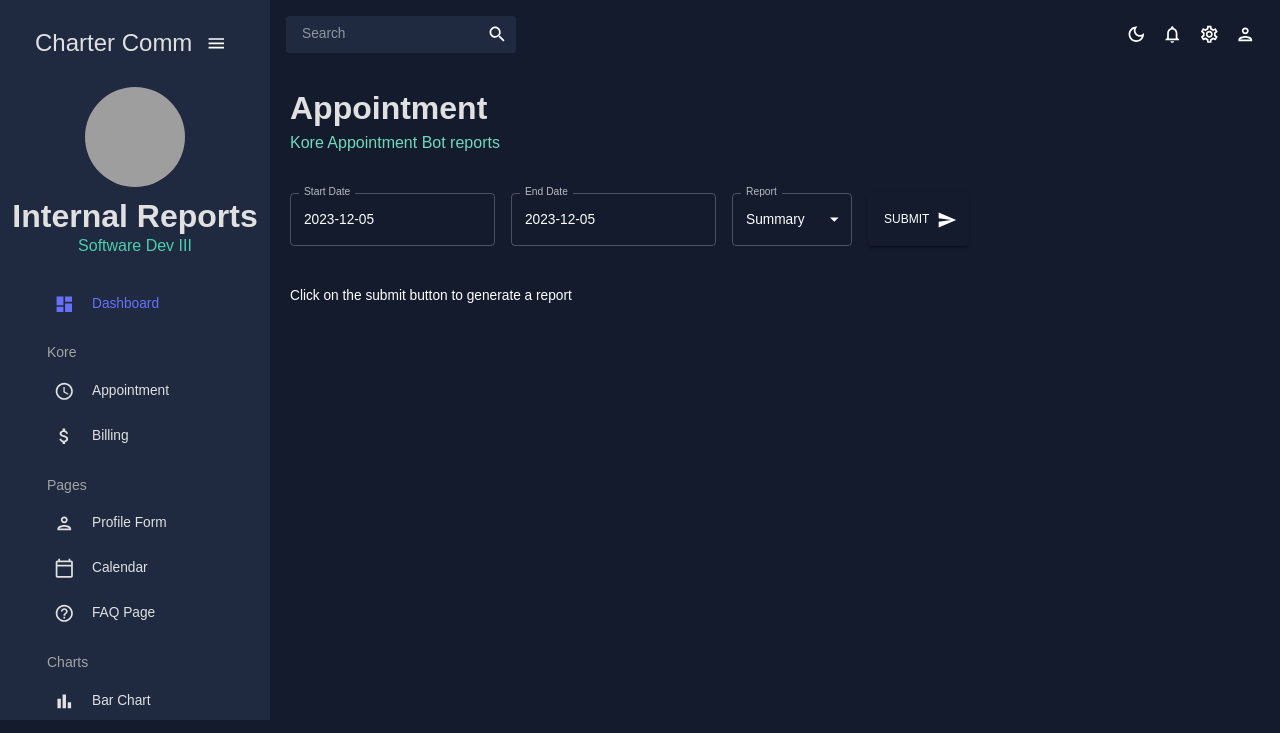
Repository: HenrryWith2Rs/reporthub
Page: /kore/appt (app in ui/)
An editor plug-in stored every save of this project. The page is shown before and after the next save, followed by the edit.
The browser window is 1280 px wide. The pictures show the whole page.
Pictures or frames that could not be fetched are drawn as grey boxes. The project was rebuilt for these pictures with package versions that can differ from the ones it lists, and the page was loaded fresh each time. Also part of the build but not shown: ui/vite.config.ts, ui/src/data/mockData.ts, ui/src/components/LineChart.tsx, ui/src/data/mockGeoFeatures.ts, ui/src/components/GeographyChart.tsx, ui/src/data/dataParser.ts, ui/src/components/BarChart.tsx, ui/src/components/ProgressCircle.tsx and 7 more.

Above is the page before, as saved 2023-12-07 07:26:05.

### ui/src/main.tsx
import React from 'react';
import ReactDOM from 'react-dom/client';
import { BrowserRouter } from 'react-router-dom';
import App from './App.tsx';
import './index.css';
import { LocalizationProvider } from '@mui/x-date-pickers';
import { AdapterDateFns } from '@mui/x-date-pickers/AdapterDateFns';
import { QueryClient, QueryClientProvider } from '@tanstack/react-query';
// import {ReactQueryDevtools} from "@tanstack/react-query-devtools"

const queryClient = new QueryClient();

ReactDOM.createRoot(document.getElementById('root')!).render(
  <React.StrictMode>
    <LocalizationProvider dateAdapter={AdapterDateFns}>
      <BrowserRouter>
        <QueryClientProvider client={queryClient}>
          <App />
        </QueryClientProvider>
      </BrowserRouter>
    </LocalizationProvider>
  </React.StrictMode>
);

### ui/src/App.tsx
import { Routes, Route } from 'react-router-dom';
import ThemeRegistry from './ThemeRegistry/ThemeRegistry';
import Topbar from './scenes/global/Topbar';
import Sidebar from './scenes/global/Sidebar';
import Dashboard from './scenes/dashboard';
import Appointment from './scenes/appointment';
import Bar from './scenes/bar';
import Pie from './scenes/pie';
import Line from './scenes/line';
import Geography from './scenes/geography';

function App() {
  return (
    <ThemeRegistry>
      <div className="app">
        <Sidebar />
        <main className="content">
          <Topbar />
          <Routes>
            <Route path="/" element={<Dashboard />} />
            <Route path="/kore/appt" element={<Appointment />} />
            <Route path="/bar" element={<Bar />} />
            <Route path="/pie" element={<Pie />} />
            <Route path="/line" element={<Line />} />
            <Route path="/geography" element={<Geography />} />
          </Routes>
        </main>
      </div>
    </ThemeRegistry>
  );
}

export default App;

### ui/src/index.css
@import url('https://fonts.googleapis.com/css2?family=Poppins:wght@300;400;500;600&family=Source+Code+Pro:wght@400;600;700&display=swap');

html,
body,
#root,
.app,
.content {
  height: 100%;
  width: 100%;
  font-family: 'Source Sans Pro', sans-serif;
}

.app {
  display: flex;
  position: relative;
}

::-webkit-scrollbar {
  width: 10px;
}

/* Track */
::-webkit-scrollbar-track {
  background: #e0e0e0;
}

/* Handle */
::-webkit-scrollbar-thumb {
  background: #888;
}

/* Handle on hover */
::-webkit-scrollbar-thumb:hover {
  background: #555;
}

### ui/src/ThemeRegistry/ThemeRegistry.tsx
import { ThemeProvider, CssBaseline } from '@mui/material';
import { ColorModeContext, useMode } from './theme';

export default function ThemeRegistry({
  children,
}: {
  children: React.ReactNode;
}) {
  const [theme, colorMode] = useMode();
  return (
    <ColorModeContext.Provider value={colorMode}>
      <ThemeProvider theme={theme}>
        {/* CssBaseline kickstart an elegant, consistent, and simple baseline to build upon. */}
        <CssBaseline />
        {children}
      </ThemeProvider>
    </ColorModeContext.Provider>
  );
}

### ui/src/scenes/global/Topbar.tsx
import { Box, IconButton, useTheme } from '@mui/material';
import { useContext } from 'react';
import { ColorModeContext, tokens } from '../../ThemeRegistry/theme';
import InputBase from '@mui/material/InputBase';
import LightModeOutlinedIcon from '@mui/icons-material/LightModeOutlined';
import DarkModeOutlinedIcon from '@mui/icons-material/DarkModeOutlined';
import NotificationsOutlinedIcon from '@mui/icons-material/NotificationsOutlined';
import SettingsOutlinedIcon from '@mui/icons-material/SettingsOutlined';
import PersonOutlinedIcon from '@mui/icons-material/PersonOutlined';
import SearchIcon from '@mui/icons-material/Search';

const Topbar = () => {
  const theme = useTheme();
  const colors = tokens(theme.palette.mode);
  const colorMode = useContext(ColorModeContext);

  return (
    <Box display="flex" justifyContent="space-between" p={2}>
      {/* SEARCH BAR */}
      <Box
        sx={{
          display: 'flex',
          backgroundColor: colors.primary[400],
          borderRadius: '3px',
        }}
      >
        <InputBase sx={{ ml: 2, flex: 1 }} placeholder="Search" />
        <IconButton type="button" sx={{ p: 1 }}>
          <SearchIcon />
        </IconButton>
      </Box>

      {/* ICONS */}
      <Box display="flex">
        <IconButton onClick={colorMode.toggleColorMode}>
          {theme.palette.mode === 'dark' ? (
            <DarkModeOutlinedIcon />
          ) : (
            <LightModeOutlinedIcon />
          )}
        </IconButton>
        <IconButton>
          <NotificationsOutlinedIcon />
        </IconButton>
        <IconButton>
          <SettingsOutlinedIcon />
        </IconButton>
        <IconButton>
          <PersonOutlinedIcon />
        </IconButton>
      </Box>
    </Box>
  );
};

export default Topbar;

### ui/src/scenes/global/Sidebar.tsx
import { useState } from 'react';
import { ProSidebar, Menu, MenuItem } from 'react-pro-sidebar';
import { Box, IconButton, Typography, useTheme } from '@mui/material';
import { Link } from 'react-router-dom';
import 'react-pro-sidebar/dist/css/styles.css';
import { tokens } from '../../ThemeRegistry/theme';
import DashboardIcon from '@mui/icons-material/Dashboard';
import AccessTimeIcon from '@mui/icons-material/AccessTime';
import AttachMoneyIcon from '@mui/icons-material/AttachMoney';

import PersonOutlinedIcon from '@mui/icons-material/PersonOutlined';
import CalendarTodayOutlinedIcon from '@mui/icons-material/CalendarTodayOutlined';
import HelpOutlineOutlinedIcon from '@mui/icons-material/HelpOutlineOutlined';
import BarChartOutlinedIcon from '@mui/icons-material/BarChartOutlined';
import PieChartOutlineOutlinedIcon from '@mui/icons-material/PieChartOutlineOutlined';
import TimelineOutlinedIcon from '@mui/icons-material/TimelineOutlined';
import MenuOutlinedIcon from '@mui/icons-material/MenuOutlined';
import MapOutlinedIcon from '@mui/icons-material/MapOutlined';

type ItemProps = {
  title: string;
  to: string;
  icon: JSX.Element;
  selected: string;
  setSelected: React.Dispatch<React.SetStateAction<string>>;
};

const Item: React.FC<ItemProps> = ({
  title,
  to,
  icon,
  selected,
  setSelected,
}) => {
  const theme = useTheme();
  const colors = tokens(theme.palette.mode);
  return (
    <MenuItem
      active={selected === title}
      style={{
        color: colors.grey[100],
      }}
      onClick={() => setSelected(title)}
      icon={icon}
    >
      <Typography>{title}</Typography>
      <Link to={to} />
    </MenuItem>
  );
};

const Sidebar = () => {
  const theme = useTheme();
  const colors = tokens(theme.palette.mode);
  const [isCollapsed, setIsCollapsed] = useState(false);
  const [selected, setSelected] = useState('Dashboard');

  return (
    <Box
      sx={{
        '& .pro-sidebar-inner': {
          background: `${colors.primary[400]} !important`,
        },
        '& .pro-icon-wrapper': {
          backgroundColor: 'transparent !important',
        },
        '& .pro-inner-item': {
          padding: '5px 35px 5px 20px !important',
        },
        '& .pro-inner-item:hover': {
          color: '#868dfb !important',
        },
        '& .pro-menu-item.active': {
          color: '#6870fa !important',
        },
      }}
    >
      <ProSidebar collapsed={isCollapsed}>
        <Menu iconShape="square">
          {/* LOGO AND MENU ICON */}
          <MenuItem
            onClick={() => setIsCollapsed(!isCollapsed)}
            icon={isCollapsed ? <MenuOutlinedIcon /> : undefined}
            style={{
              margin: '10px 0 20px 0',
              color: colors.grey[100],
            }}
          >
            {!isCollapsed && (
              <Box
                display="flex"
                justifyContent="space-between"
                alignItems="center"
                ml="15px"
              >
                <Typography variant="h3" color={colors.grey[100]}>
                  Charter Comm
                </Typography>
                <IconButton onClick={() => setIsCollapsed(!isCollapsed)}>
                  <MenuOutlinedIcon />
                </IconButton>
              </Box>
            )}
          </MenuItem>

          {!isCollapsed && (
            <Box mb="25px">
              <Box display="flex" justifyContent="center" alignItems="center">
                <img
                  alt="profile-user"
                  width="100px"
                  height="100px"
                  src={`../../assets/me.png`}
                  style={{ cursor: 'pointer', borderRadius: '50%' }}
                />
              </Box>
              <Box textAlign="center">
                <Typography
                  variant="h2"
                  color={colors.grey[100]}
                  fontWeight="bold"
                  sx={{ m: '10px 0 0 0' }}
                >
                  Internal Reports
                </Typography>
                <Typography variant="h5" color={colors.greenAccent[500]}>
                  Software Dev III
                </Typography>
              </Box>
            </Box>
          )}

          <Box paddingLeft={isCollapsed ? undefined : '10%'}>
            <Item
              title="Dashboard"
              to="/"
              icon={<DashboardIcon />}
              selected={selected}
              setSelected={setSelected}
            />

            <Typography
              variant="h6"
              color={colors.grey[300]}
              sx={{ m: '15px 0 5px 20px' }}
            >
              Kore
            </Typography>
            <Item
              title="Appointment"
              to="/kore/appt"
              icon={<AccessTimeIcon />}
              selected={selected}
              setSelected={setSelected}
            />
            <Item
              title="Billing"
              to="/kore/bill"
              icon={<AttachMoneyIcon />}
              selected={selected}
              setSelected={setSelected}
            />

            <Typography
              variant="h6"
              color={colors.grey[300]}
              sx={{ m: '15px 0 5px 20px' }}
            >
              Pages
            </Typography>
            <Item
              title="Profile Form"
              to="/form"
              icon={<PersonOutlinedIcon />}
              selected={selected}
              setSelected={setSelected}
            />
            <Item
              title="Calendar"
              to="/calendar"
              icon={<CalendarTodayOutlinedIcon />}
              selected={selected}
              setSelected={setSelected}
            />
            <Item
              title="FAQ Page"
              to="/faq"
              icon={<HelpOutlineOutlinedIcon />}
              selected={selected}
              setSelected={setSelected}
            />

            <Typography
              variant="h6"
              color={colors.grey[300]}
              sx={{ m: '15px 0 5px 20px' }}
            >
              Charts
            </Typography>
            <Item
              title="Bar Chart"
              to="/bar"
              icon={<BarChartOutlinedIcon />}
              selected={selected}
              setSelected={setSelected}
            />
            <Item
              title="Pie Chart"
              to="/pie"
              icon={<PieChartOutlineOutlinedIcon />}
              selected={selected}
              setSelected={setSelected}
            />
            <Item
              title="Line Chart"
              to="/line"
              icon={<TimelineOutlinedIcon />}
              selected={selected}
              setSelected={setSelected}
            />
            <Item
              title="Geography Chart"
              to="/geography"
              icon={<MapOutlinedIcon />}
              selected={selected}
              setSelected={setSelected}
            />
          </Box>
        </Menu>
      </ProSidebar>
    </Box>
  );
};

export default Sidebar;

### ui/src/scenes/appointment/index.tsx
import { useState, useEffect } from 'react';
import { tokens } from '../../ThemeRegistry/theme';
import Header from '../../components/Header';
import {
  useTheme,
  Box,
  Stack,
  Button,
  MenuItem,
  InputLabel,
  FormControl,
  CircularProgress,
} from '@mui/material';
import SendIcon from '@mui/icons-material/Send';
import Select, { SelectChangeEvent } from '@mui/material/Select';
import { DatePicker } from '@mui/x-date-pickers/DatePicker';
import { format } from 'date-fns';
import { getLastNDays } from '../../utils/dateUtils';
import { ReportType } from '../../types/koreTypes';
import useBotData from '../../api/dataHooks/useAppointmentData';

const Appointment = () => {
  const theme = useTheme();
  const colors = tokens(theme.palette.mode);

  // State variables
  const [dateStart, setDateStart] = useState<Date | null>(new Date());
  const [dateEnd, setDateEnd] = useState<Date | null>(new Date());
  const [reportType, setReportType] = useState<ReportType>('summary');
  const [isFetchEnabled, setIsFetchEnabled] = useState<boolean>(false);

  // Effect to set initial date values
  useEffect(() => {
    const { startDate, endDate } = getLastNDays(1);
    setDateStart(startDate);
    setDateEnd(endDate);
  }, []);

  // Format date values
  const formattedStartDate = formatDate(dateStart);
  const formattedEndDate = formatDate(dateEnd);

  // Fetch data using useBotData
  const { data, isFetching, error, refetch } = useBotData(
    'appointment',
    formattedStartDate,
    formattedEndDate,
    reportType,
    'html',
    isFetchEnabled
  );

  // Log loading, error, or API response
  if (isFetching) {
    console.log('Loading...');
  } else if (error) {
    console.error('Error fetching data');
  } else if (data) {
    console.log('API Response:', data);
    // Display data or update state as needed
  }

  // Handle select change
  const handleSelectChange = (event: SelectChangeEvent) => {
    setReportType(event.target.value as ReportType);
  };

  // Handle form submission
  const handleSubmit = () => {
    setIsFetchEnabled(true); // Enable fetching
    refetch(); // Trigger API call
  };
  return (
    <Box m="20px">
      <Header title="Appointment" subtitle="Kore Appointment Bot reports" />
      <Box m="40px 0 0 0" height="75vh">
        <Stack direction="row" spacing={2}>
          <DatePicker
            label="Start Date"
            format="yyyy-MM-dd"
            value={dateStart}
            onChange={(newValue) => setDateStart(newValue)}
          />
          <DatePicker
            label="End Date"
            format="yyyy-MM-dd"
            value={dateEnd}
            onChange={(newValue) => setDateEnd(newValue)}
          />
          <FormControl sx={{ minWidth: 120 }}>
            <InputLabel>Report</InputLabel>
            <Select
              value={reportType}
              label="Report"
              onChange={handleSelectChange}
            >
              <MenuItem value={'summary'}>Summary</MenuItem>
              <MenuItem value={'detailed'}>Detailed</MenuItem>
            </Select>
          </FormControl>
          <Button
            variant="contained"
            endIcon={<SendIcon />}
            onClick={handleSubmit}
          >
            Submit
          </Button>
        </Stack>
        <Box m="40px 0 0 0" height="10vh">
          {isFetching ? (
            <CircularProgress />
          ) : error ? (
            <div>Error fetching data. Please try again.</div>
          ) : data ? (
            <div>Data loaded successfully!</div>
          ) : (
            <div>Click on the submit button to generate a report</div>
          )}
        </Box>
      </Box>
    </Box>
  );
};

const formatDate = (date: Date | null): string => {
  return date ? format(date, 'yyyy-MM-dd') : '';
};

export default Appointment;

### ui/src/ThemeRegistry/theme.ts
import { createContext, useState, useMemo } from 'react';
import { Theme, createTheme } from '@mui/material/styles';

type Mode = 'dark' | 'light';

// color design tokens export
export const tokens = (mode: Mode) => ({
  ...(mode === 'dark'
    ? {
        grey: {
          100: '#e0e0e0',
          200: '#c2c2c2',
          300: '#a3a3a3',
          400: '#858585',
          500: '#666666',
          600: '#525252',
          700: '#3d3d3d',
          800: '#292929',
          900: '#141414',
        },
        primary: {
          100: '#d0d1d5',
          200: '#a1a4ab',
          300: '#727681',
          400: '#1F2A40',
          500: '#141b2d',
          600: '#101624',
          700: '#0c101b',
          800: '#080b12',
          900: '#040509',
        },
        greenAccent: {
          100: '#dbf5ee',
          200: '#b7ebde',
          300: '#94e2cd',
          400: '#70d8bd',
          500: '#4cceac',
          600: '#3da58a',
          700: '#2e7c67',
          800: '#1e5245',
          900: '#0f2922',
        },
        redAccent: {
          100: '#f8dcdb',
          200: '#f1b9b7',
          300: '#e99592',
          400: '#e2726e',
          500: '#db4f4a',
          600: '#af3f3b',
          700: '#832f2c',
          800: '#58201e',
          900: '#2c100f',
        },
        blueAccent: {
          100: '#e1e2fe',
          200: '#c3c6fd',
          300: '#a4a9fc',
          400: '#868dfb',
          500: '#6870fa',
          600: '#535ac8',
          700: '#3e4396',
          800: '#2a2d64',
          900: '#151632',
        },
      }
    : {
        grey: {
          100: '#141414',
          200: '#292929',
          300: '#3d3d3d',
          400: '#525252',
          500: '#666666',
          600: '#858585',
          700: '#a3a3a3',
          800: '#c2c2c2',
          900: '#e0e0e0',
        },
        primary: {
          100: '#040509',
          200: '#080b12',
          300: '#0c101b',
          400: '#f2f0f0', // manually changed
          500: '#141b2d',
          600: '#1F2A40',
          700: '#727681',
          800: '#a1a4ab',
          900: '#d0d1d5',
        },
        greenAccent: {
          100: '#0f2922',
          200: '#1e5245',
          300: '#2e7c67',
          400: '#3da58a',
          500: '#4cceac',
          600: '#70d8bd',
          700: '#94e2cd',
          800: '#b7ebde',
          900: '#dbf5ee',
        },
        redAccent: {
          100: '#2c100f',
          200: '#58201e',
          300: '#832f2c',
          400: '#af3f3b',
          500: '#db4f4a',
          600: '#e2726e',
          700: '#e99592',
          800: '#f1b9b7',
          900: '#f8dcdb',
        },
        blueAccent: {
          100: '#151632',
          200: '#2a2d64',
          300: '#3e4396',
          400: '#535ac8',
          500: '#6870fa',
          600: '#868dfb',
          700: '#a4a9fc',
          800: '#c3c6fd',
          900: '#e1e2fe',
        },
      }),
});

// mui theme settings
export const themeSettings = (mode: Mode) => {
  const colors = tokens(mode);
  return {
    palette: {
      mode: mode,
      ...(mode === 'dark'
        ? {
            // palette values for dark mode
            primary: {
              main: colors.primary[500],
            },
            secondary: {
              main: colors.greenAccent[500],
            },
            neutral: {
              dark: colors.grey[700],
              main: colors.grey[500],
              light: colors.grey[100],
            },
            background: {
              default: colors.primary[500],
            },
          }
        : {
            // palette values for light mode
            primary: {
              main: colors.primary[100],
            },
            secondary: {
              main: colors.greenAccent[500],
            },
            neutral: {
              dark: colors.grey[700],
              main: colors.grey[500],
              light: colors.grey[100],
            },
            background: {
              default: '#fcfcfc',
            },
          }),
    },
    typography: {
      fontFamily: ['Source Sans Pro', 'sans-serif'].join(','),
      fontSize: 12,
      h1: {
        fontFamily: ['Source Sans Pro', 'sans-serif'].join(','),
        fontSize: 40,
      },
      h2: {
        fontFamily: ['Source Sans Pro', 'sans-serif'].join(','),
        fontSize: 32,
      },
      h3: {
        fontFamily: ['Source Sans Pro', 'sans-serif'].join(','),
        fontSize: 24,
      },
      h4: {
        fontFamily: ['Source Sans Pro', 'sans-serif'].join(','),
        fontSize: 20,
      },
      h5: {
        fontFamily: ['Source Sans Pro', 'sans-serif'].join(','),
        fontSize: 16,
      },
      h6: {
        fontFamily: ['Source Sans Pro', 'sans-serif'].join(','),
        fontSize: 14,
      },
    },
  };
};

// context for color mode
export const ColorModeContext = createContext({
  toggleColorMode: () => {},
});

export const useMode = (): [Theme, { toggleColorMode: () => void }] => {
  const [mode, setMode] = useState<Mode>('dark');

  const colorMode = useMemo(
    () => ({
      toggleColorMode: () =>
        setMode((prev) => (prev === 'light' ? 'dark' : 'light')),
    }),
    []
  );

  const theme = useMemo(() => createTheme(themeSettings(mode)), [mode]);
  return [theme, colorMode];
};

### ui/src/components/Header.tsx
import { Typography, Box, useTheme } from '@mui/material';
import { tokens } from '../ThemeRegistry/theme';

type HeaderProps = {
  title: string;
  subtitle: string;
};

const Header = ({ title, subtitle }: HeaderProps) => {
  const theme = useTheme();
  const colors = tokens(theme.palette.mode);
  return (
    <Box mb="30px">
      <Typography
        variant="h2"
        color={colors.grey[100]}
        fontWeight="bold"
        sx={{ m: '0 0 5px 0' }}
      >
        {title}
      </Typography>
      <Typography variant="h5" color={colors.greenAccent[400]}>
        {subtitle}
      </Typography>
    </Box>
  );
};

export default Header;

### ui/src/utils/dateUtils.ts
import { subDays } from 'date-fns';

export function getLastNDays(n: number): {
  startDate: Date;
  endDate: Date;
} {
  const currentDate = new Date();
  const endDate = subDays(currentDate, 1);
  const startDate = subDays(currentDate, n);

  return { startDate, endDate };
}

### ui/src/api/dataHooks/useAppointmentData.ts
// useBotData.ts
import { useQuery } from '@tanstack/react-query';
import {
  RequestParameters,
  BotType,
  ReportType,
  FormatType,
} from '../../types/koreTypes';
import { fetchAppointmentData } from '../data/koreBotDataFetcher';

const useBotData = (
  botType: string,
  dateStart: string,
  dateEnd: string,
  reportType: string,
  format: string,
  isFetchEnabled: boolean
) => {
  const params: RequestParameters = {
    bot: botType as BotType,
    reportType: reportType as ReportType,
    format: format as FormatType,
    dateStart,
    dateEnd,
  };

  const { data, isFetching, error, refetch } = useQuery({
    queryKey: [`${botType}Data`, dateStart, dateEnd],
    queryFn: () => fetchAppointmentData(params),
    enabled: isFetchEnabled,
  });

  return {
    data,
    isFetching,
    error,
    refetch,
  };
};

export default useBotData;

### ui/src/api/data/koreBotDataFetcher.ts
import axios from 'axios';
import { RequestParameters } from '../../types/koreTypes';

export const fetchAppointmentData = async (params: RequestParameters) => {
  try {
    const response = await axios.post(
      'http://localhost:3000/api/kore/appt',
      params
    );

    return response.data;
  } catch (error) {
    throw new Error(`Failed to fetch appointment data -> ${error}`);
  }
};

Loaded but not shown: ui/index.html (common file)

After the next save:
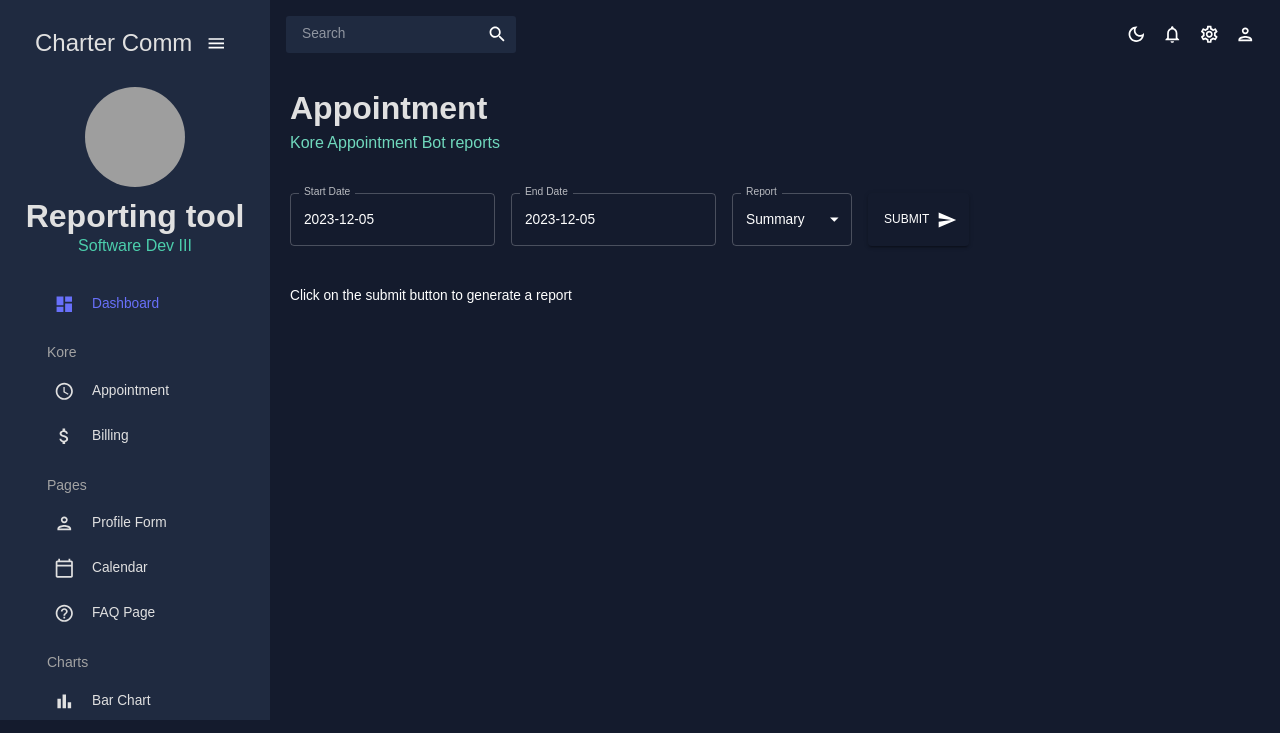
Saved 10 s later.
--- a/ui/src/scenes/global/Sidebar.tsx
+++ b/ui/src/scenes/global/Sidebar.tsx
@@ -121,7 +121,7 @@ const Sidebar = () => {
                   fontWeight="bold"
                   sx={{ m: '10px 0 0 0' }}
                 >
-                  Internal Reports
+                  Reporting tool
                 </Typography>
                 <Typography variant="h5" color={colors.greenAccent[500]}>
                   Software Dev III
